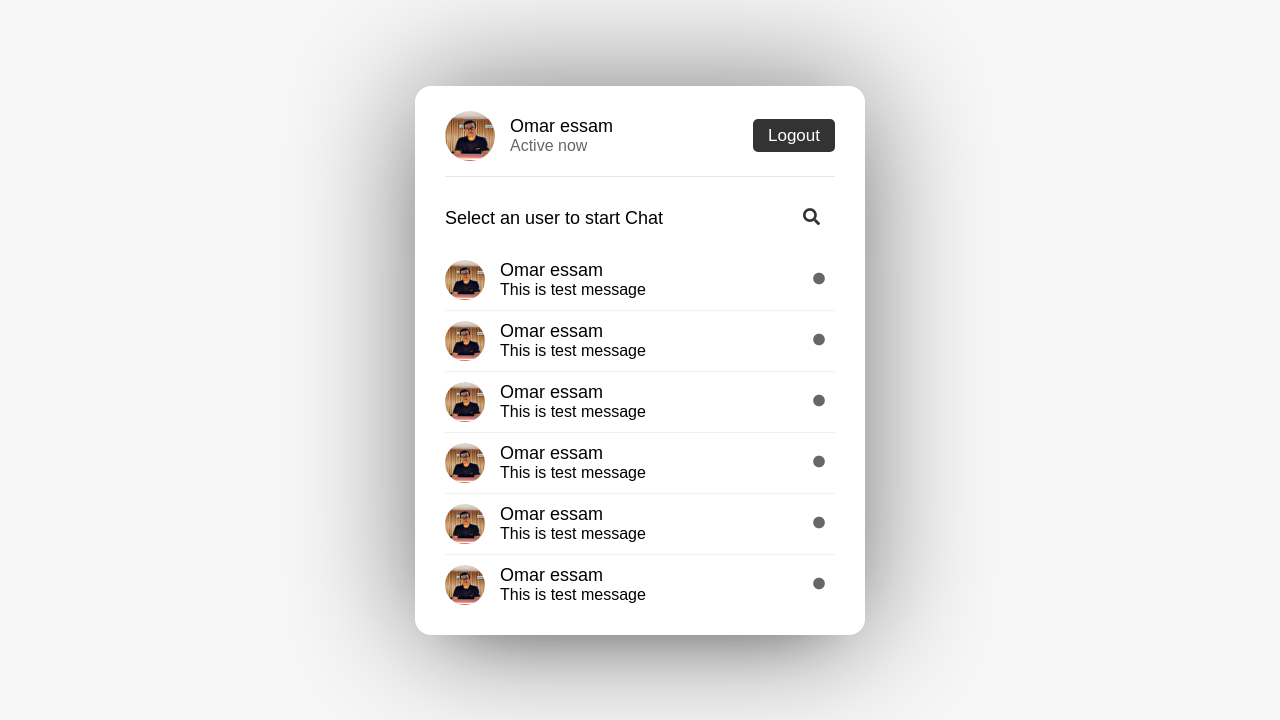
Repository: OmarEssameldinMousa/Chat-Application
Page: http://localhost/users.php
An editor plug-in stored every save of this project. The page is shown before and after the next save, followed by the edit.
The browser window is 1280 px wide. The pictures show the whole page.
After loading, the first visible `button` was clicked once.
The page is run by PHP 8.4 with error messages shown; the project is at /var/www/html/.

Above is the page before, as saved 2023-09-23 02:37:27.

### users.php
<!DOCTYPE html>
<html lang="en">

<head>
    <meta charset="UTF-8">
    <meta name="viewport" content="width=device-width, initial-scale=1.0">
    <title>Realtime Chat App</title>
    <link rel="stylesheet" href="css/normalize.css">
    <link rel="stylesheet" href="css/all.min.css">
    <link rel="stylesheet" href="css/style.css">
</head>

<body>
    <div class="wrapper">
        <section class="users">
            <header>
                <div class="content">
                    <img src="images/124374760.jpg" alt="">
                    <div class="details">
                        <span>Omar essam</span>
                        <p>Active now</p>
                    </div>
                </div>
                <a href="" class="Logout">Logout</a>
            </header>
            <div class="search">
                <span class="text">Select an user to start Chat</span>
                <input type="text" placeholder="Enter name to search...">
                <button><i class="fas fa-search"></i></button>
            </div>
            <div class="users-list">
                <a href="">
                    <div class="content">
                        <img src="images/124374760.jpg" alt="">
                        <div class="details">
                            <span>Omar essam</span>
                            <p>This is test message</p>
                        </div>
                    </div>
                    <div class="status-dot"><i class="fas fa-circle"></i></div>
                </a>

                <a href="">
                    <div class="content">
                        <img src="images/124374760.jpg" alt="">
                        <div class="details">
                            <span>Omar essam</span>
                            <p>This is test message</p>
                        </div>
                    </div>
                    <div class="status-dot"><i class="fas fa-circle"></i></div>
                </a>

                <a href="">
                    <div class="content">
                        <img src="images/124374760.jpg" alt="">
                        <div class="details">
                            <span>Omar essam</span>
                            <p>This is test message</p>
                        </div>
                    </div>
                    <div class="status-dot"><i class="fas fa-circle"></i></div>
                </a>

                <a href="">
                    <div class="content">
                        <img src="images/124374760.jpg" alt="">
                        <div class="details">
                            <span>Omar essam</span>
                            <p>This is test message</p>
                        </div>
                    </div>
                    <div class="status-dot"><i class="fas fa-circle"></i></div>
                </a>

                <a href="">
                    <div class="content">
                        <img src="images/124374760.jpg" alt="">
                        <div class="details">
                            <span>Omar essam</span>
                            <p>This is test message</p>
                        </div>
                    </div>
                    <div class="status-dot"><i class="fas fa-circle"></i></div>
                </a>

                <a href="">
                    <div class="content">
                        <img src="images/124374760.jpg" alt="">
                        <div class="details">
                            <span>Omar essam</span>
                            <p>This is test message</p>
                        </div>
                    </div>
                    <div class="status-dot"><i class="fas fa-circle"></i></div>
                </a>

                <a href="">
                    <div class="content">
                        <img src="images/124374760.jpg" alt="">
                        <div class="details">
                            <span>Omar essam</span>
                            <p>This is test message</p>
                        </div>
                    </div>
                    <div class="status-dot"><i class="fas fa-circle"></i></div>
                </a>

                <a href="">
                    <div class="content">
                        <img src="images/124374760.jpg" alt="">
                        <div class="details">
                            <span>Omar essam</span>
                            <p>This is test message</p>
                        </div>
                    </div>
                    <div class="status-dot"><i class="fas fa-circle"></i></div>
                </a>

            </div>
        </section>
    </div>
    <script src="javascript/users.js"></script>

</body>

</html>

### css/style.css
* {
    margin: 0;
    padding: 0;
    box-sizing: border-box;
    text-decoration: none;
    font-family: 'Poppins', sans-serif;
}


body {
    display: flex;
    align-items: center;
    justify-content: center;
    min-height: 100vh;
    background: #f7f7f7;
}

.wrapper {
    background: #fff;
    width: 450px;
    border-radius: 16px;
    box-shadow: 0 0 128px 0 rgba(0, 0, 0, 0.5), 0 32px 64px -48px rgba(0, 0, 0, 0.5);
}

/* Signup Form*/
.form {
    padding: 25px 30px;
}

.form header {
    font-size: 25px;
    font-weight: 600;
    padding-bottom: 10px;
    border-bottom: 1px solid #e6e6e6;
}

.form form {
    margin: 20px 0;
}

.form form .error-txt {
    color: #721c24;
    background: #f8d7da;
    padding: 8px 10px;
    text-align: center;
    border-radius: 5px;
    margin-bottom: 10px;
    border: 1px solid #f5c6cb;
    display: none;
}

.form form .name-details {
    display: flex;
}

form .name-details .field:first-child {
    margin-right: 10px;
}

form .name-details .field:last-child {
    margin-left: 10px;
}

.form form .field {
    display: flex;
    flex-direction: column;
    margin-bottom: 10px;
    position: relative;
}

.form form .field label {
    margin-bottom: 2px;
}


.form form .input input {
    outline: none;
}


.form form .input input {
    height: 40px;
    width: 100%;
    font-size: 16px;
    padding: 0 10px;
    border: 1px solid #ccc;
    border-radius: 5px;
}

.form form .image input {
    font-size: 17px;
}

.form form .button input {
    margin-top: 13px;
    height: 45px;
    border: none;
    font-size: 17px;
    font-weight: 500px;
    background: #333;
    color: #fff;
    border-radius: 5px;
    cursor: pointer;
}

.form form .field i {
    position: absolute;
    right: 15px;
    top: 70%;
    transform: translateY(-50%);
    cursor: pointer;
    color: #ccc;
}

.form form .field i.active::before {
    color: #333;
    content: "\f070";
}

.form .link {
    text-align: cetner;
    margin: 10px 0;
    font-size: 17px;
}

.form .link a {
    color: #333;
}

.form .link a:hover {
    text-decoration: underline;
}

.users {
    padding: 25px 30px;
}

.users header,
.users-list a {
    display: flex;
    align-items: center;
    justify-content: center;
    justify-content: space-between;
    border-bottom: 1px solid #e6e6e6;
    padding-bottom: 15px;

}

.wrapper img {
    object-fit: cover;
    border-radius: 50%;
}

:is(.users, .users-list) .content {
    display: flex;
    align-items: center;
}

.users header .content img {
    height: 50px;
    width: 50px;
}


:is(.users, .users-list) .details {
    color: #000;
    margin-left: 15px;
}

:is(.users, .users-list) .details span {
    font-size: 18px;
    font-weight: 500px;
}

.users header .Logout {
    color: #fff;
    padding: 7px 15px;
    background: #333;
    border-radius: 5px;
    font-size: 17px;
}

.users .search {
    margin: 20px 0;
    display: flex;
    justify-content: space-between;
    align-items: center;
    position: relative;
}

.users .search .text {
    font-size: 18px;
}

.users .search input {
    position: absolute;
    height: 43px;
    width: calc(100% - 50px);
    border: 1px solid #ccc;
    padding: 0 13px;
    font-size: 16px;
    border-radius: 5px 0 0 5px;
    outline: none;
    opacity: 0;
    pointer-events: none;
    transition: all 0.3s ease;
}

.users .search input.active {
    opacity: 1;
    pointer-events: all;
}

.users .search button {
    width: 47px;
    height: 43px;
    border: none;
    outline: none;
    color: #333;
    background-color: #fff;
    border-radius: 0 5px 5px 0;
    cursor: pointer;
    font-size: 17px;
    transition: all 0.2s ease;
}


.users .search button.active {
    color: #fff;
    background-color: #333;
}

.users-list {
    max-height: 350px;
    overflow-y: auto;
}

:is(.users-list, .chat-box)::-webkit-scrollbar {
    width: 0px;
}


.users-list a {
    padding-right: 10px;
    padding-bottom: 10px;
    margin-bottom: 10px;
    border-bottom-color: #f1f1f1;
}

.users-list a:last-child {
    border: none;
    margin-bottom: 0px;
}

.users-list a .content img {
    height: 40px;
    width: 40px;
}


.users header .content p {
    color: #67676a;
}

.users-list a .status-dot {
    font-size: 12px;
    color: #67676a;
}

/* to use the online status */
.users-list a .status-dot.offline {
    font-size: 12px;
    color: #468669;
}


/* Chat Area CSS style */

.chat-area header {
    display: flex;
    align-items: center;
    padding: 18px 30px;
}

.chat-area header .back-icon {
    font-size: 18px;
    color: #333;
}

.chat-area header img {
    height: 45px;
    width: 45px;
    margin: 0 15px;
}


.chat-area header span {
    font-size: 17x;
    font-weight: 500;
}

.chat-box {
    height: 500px;
    background-color: #f7f7f7;
    padding: 10px 30px 20px 30px;
    box-shadow: inset 0 32px 32px -32px rgb(0 0 0/ 5%),
        inset 0 -32px 32px -32px rgb(0 0 0/ 5%);
    overflow-y: auto;
}

.chat-box .chat {
    margin: 15px 0;
}

.chat-box .chat p {
    word-wrap: break-word;
    padding: 8px 16px;
    box-shadow: 0px 0px 12px 0px rgba(0, 0, 0, 10%), 0px 0px 20px 0px rgb(0 0 0 / 10%);
}

.chat-box .outgoing {
    display: flex;
}

.outgoing .details {
    margin-left: auto;
    max-width: calc(100% - 130px);
    /* margin-bottom: 15px; */
}

.outgoing .details p {
    border-radius: 18px 18px 0 18px;
    background-color: #333;
    color: #fff;
}


.chat-box .incoming {
    display: flex;
    align-items: flex-end;
}

.chat-box .incoming img {
    height: 35px;
    width: 35px;
}

.incoming .details {
    margin-left: 10px;
    margin-right: auto;
    max-width: calc(100% - 130px);
}

.incoming .details p {
    background-color: #fff;
    align-items: center;
    color: #333;
    border-radius: 18px 18px 18px 0;
}

.chat-area .typing-area {
    padding: 18px 30px;
    display: flex;
    justify-content: space-between;
}

.typing-area input {
    height: 45px;
    width: calc(100% - 58px);
    font-size: 17px;
    border: 1px solid #ccc;
    padding: 0 13px;
    border-radius: 5px 0 0 5px;
    outline: none;
}

.typing-area button {
    width: 55px;
    border: none;
    outline: none;
    border-radius: 0 5px 5px 0;
    background-color: #333;
    color: #fff;
    cursor: pointer;
}

### javascript/users.js
const searchBar = document.querySelector(".users .search input"),
    searchBtn = document.querySelector(".users .search button");

searchBtn.onclick = () => {
    searchBar.classList.toggle("active");
    searchBar.focus();
    searchBar.classList.toggle("active");
}

Loaded but not shown: css/normalize.css (library); css/all.min.css (library)

After the next save:
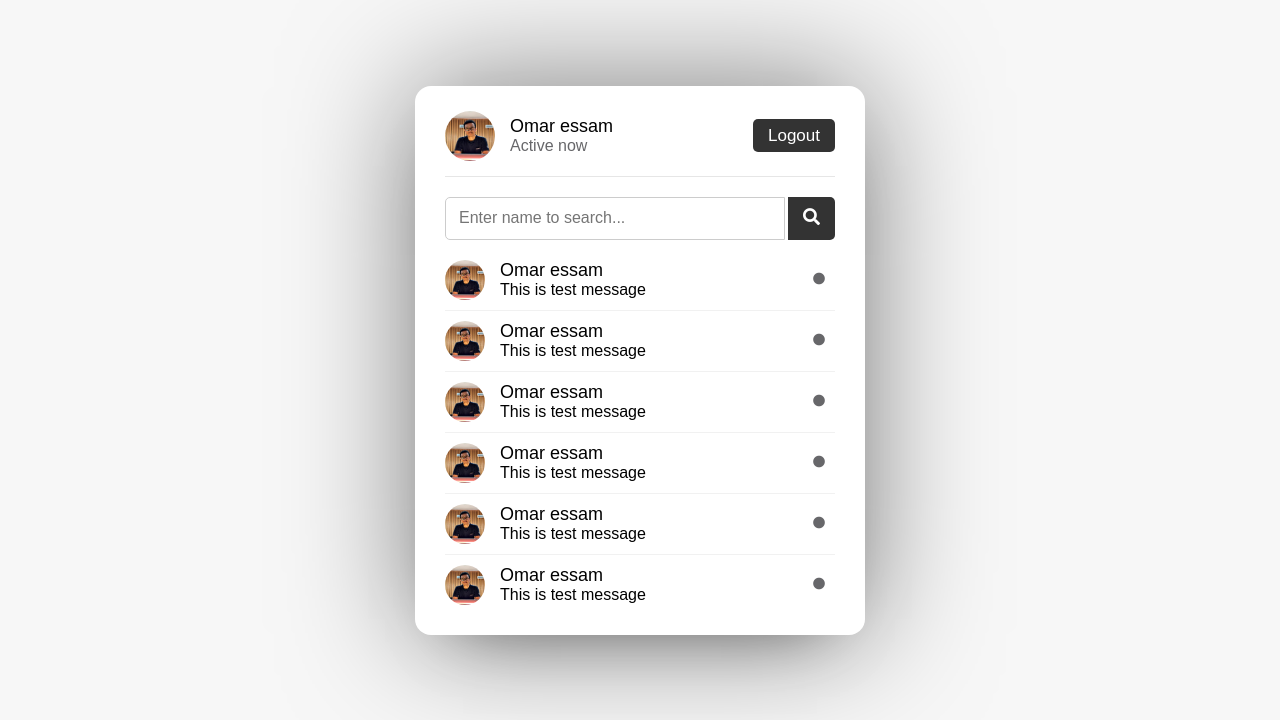
Saved 32 s later.
--- a/javascript/users.js
+++ b/javascript/users.js
@@ -4,5 +4,5 @@ const searchBar = document.querySelector(".users .search input"),
 searchBtn.onclick = () => {
     searchBar.classList.toggle("active");
     searchBar.focus();
-    searchBar.classList.toggle("active");
+    searchBtn.classList.toggle("active");
 }
